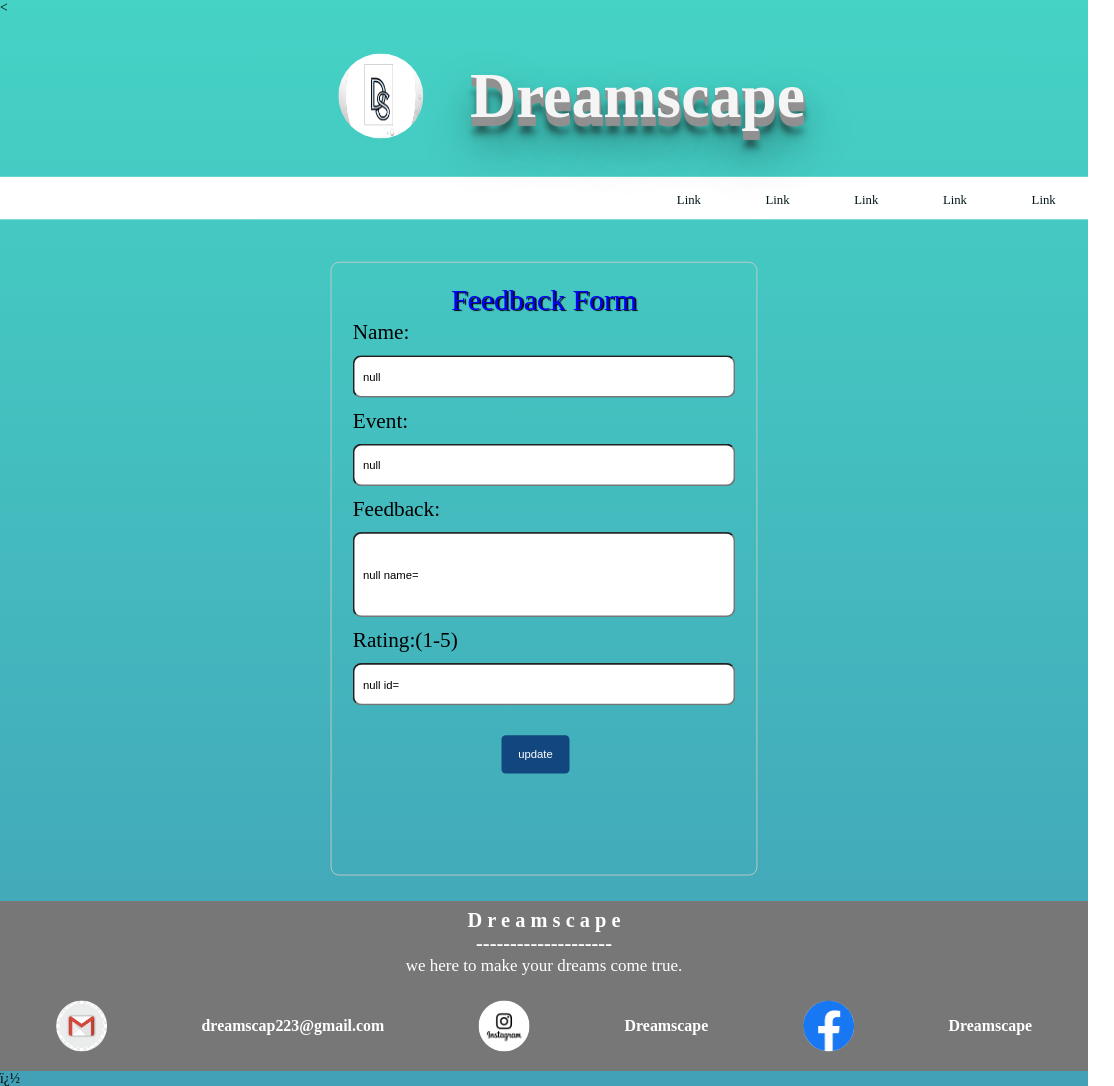
Repository: Dulankayapa/2ndyearoopprojrct
Page: http://localhost/feedback/updatefb.jsp
The author's editor kept a copy of each file at every save. The page is drawn from the files as they stood at one save, then again after the next save.
The browser window is 1280 px wide. The page is 1310 px wide, so the pictures cover 1310 px, including what lies to the right of the window. The pictures show the whole page, at 85% of full size.
The page is served by Tomcat 9. Nobody is signed in. The application's start-up code is not run.

Above is the page before, as saved 2023-10-21 10:57:13.

After the next save:
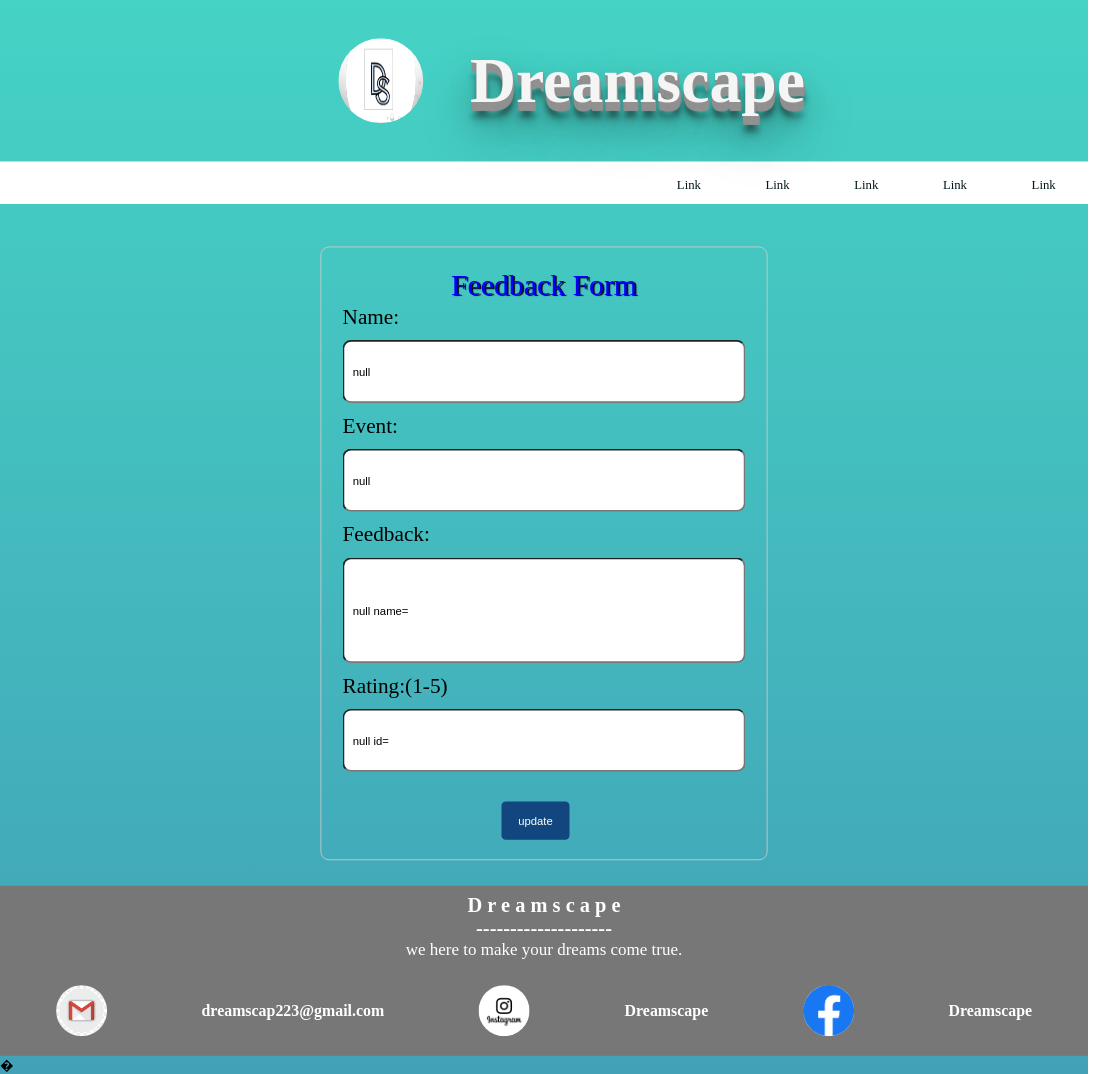
Saved 10 min 46 s later.
--- a/feedback/src/main/webapp/updatefb.jsp
+++ b/feedback/src/main/webapp/updatefb.jsp
@@ -1,6 +1,6 @@
-<%@ page language="java" contentType="text/html; charset=ISO-8859-1"
-	pageEncoding="ISO-8859-1"%>
-<
+<%@ page language="java" contentType="text/html; charset=UTF-8"
+    pageEncoding="UTF-8"%>
+
 <!DOCTYPE html>
 <html>
 <head>
